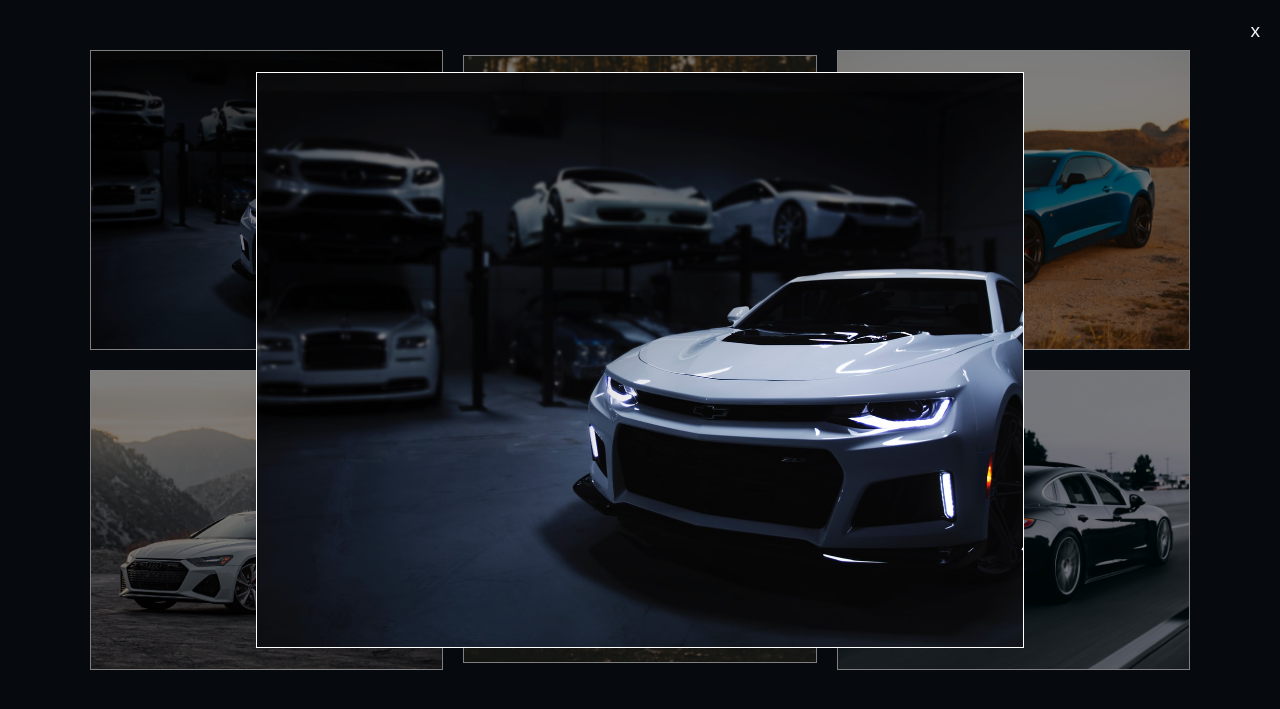
Repository: BhumilModi/modal-animation
Page: /, after clicking the first element matching `img`
An editor plug-in stored every save of this project. The page is shown before and after the next save, followed by the edit.
The browser window is 1280 px wide. The pictures show the whole page.
The project was rebuilt for these pictures with package versions that can differ from the ones it lists, and the page was loaded fresh each time.

Above is the page before, as saved 2022-06-17 14:23:44.

After the next save:
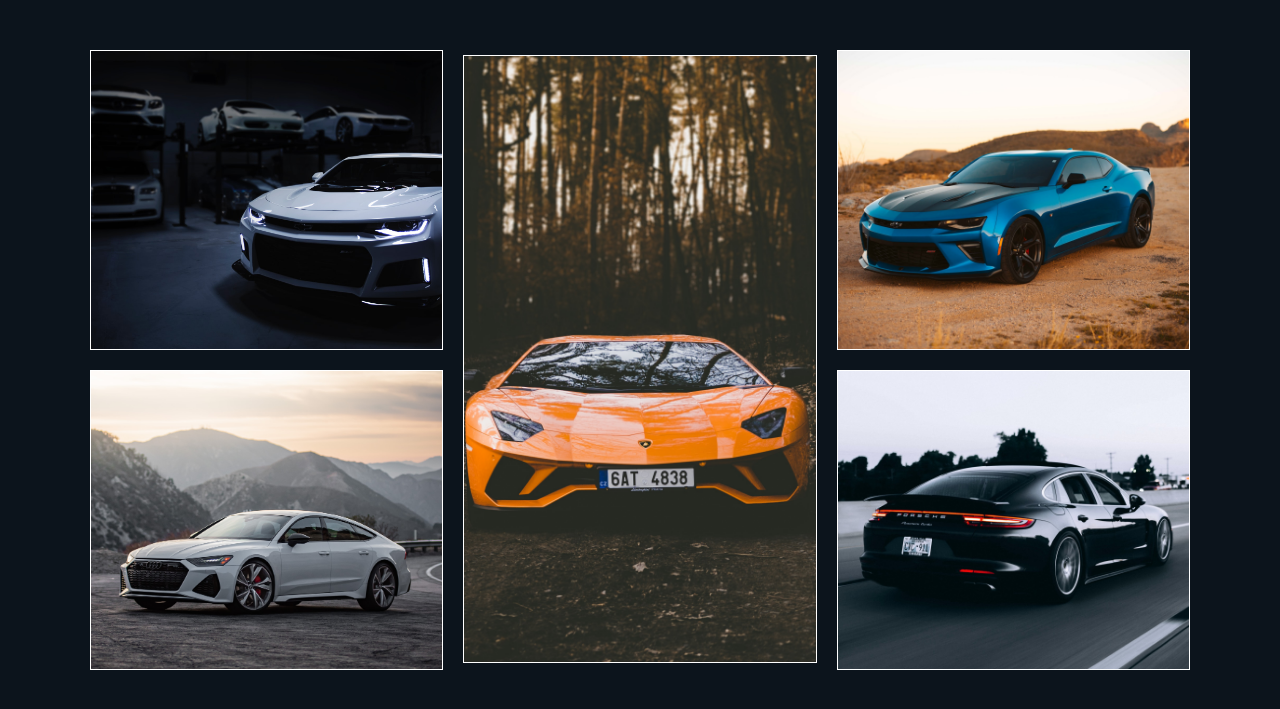
Saved 25 s later.
--- a/src/components/modal/Modal.jsx
+++ b/src/components/modal/Modal.jsx
@@ -24,6 +24,7 @@
       initial={{ opacity: 0 }}
       animate={{ opacity: 1 }}
       exit={{ opacity: 0 }}
+      transition={{ duration: "0.7s" }}
       className="modal-container"
       ref={modalRef}
     >

After the save that followed:
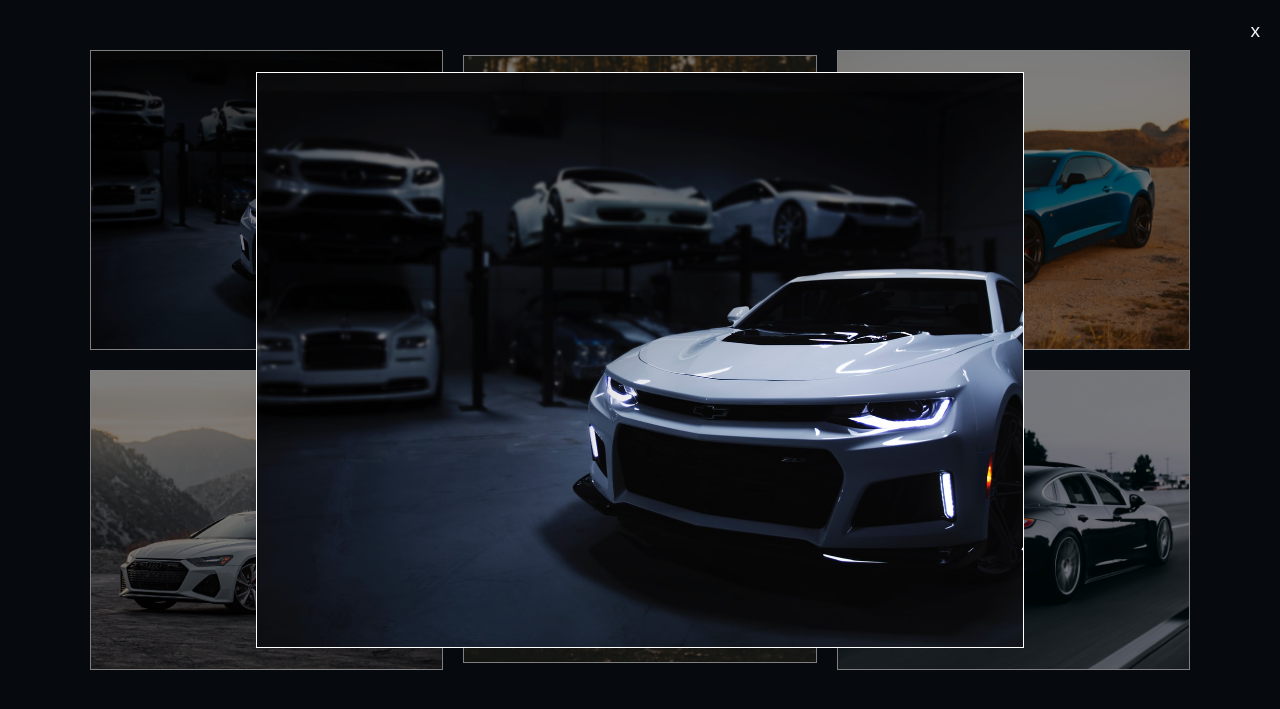
Saved 18 s later.
--- a/src/components/modal/Modal.jsx
+++ b/src/components/modal/Modal.jsx
@@ -24,7 +24,7 @@
       initial={{ opacity: 0 }}
       animate={{ opacity: 1 }}
       exit={{ opacity: 0 }}
-      transition={{ duration: "0.7s" }}
+      transition={{ duration: "0.7" }}
       className="modal-container"
       ref={modalRef}
     >
